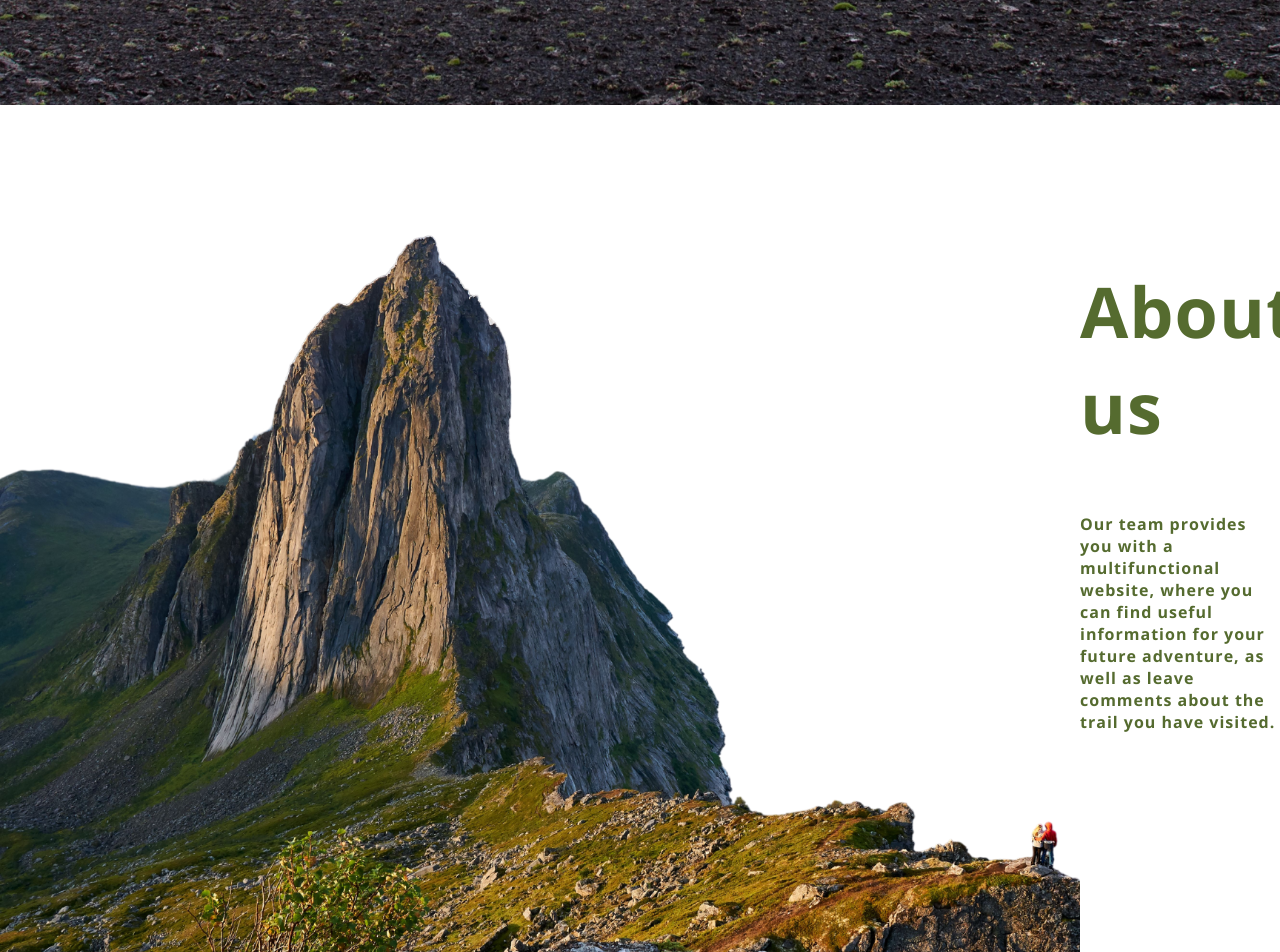
Repository: artembundin/travelrus.github.io
Page: index.html
The author's editor kept a copy of each file at every save. The page is drawn from the files as they stood at one save, then again after a run of saves.
The browser window is 1280 px wide. The pictures show the part of the page from y = 2595 to 3547 px (the page is 4792 px tall).
A picture or video elsewhere on the page could not be fetched, so the positions and the page height are approximate. An inner scrolling area shows only its first screen. Backgrounds fixed to the window are drawn as part of the page. Some web fonts or font styles are not loaded; a fallback is used.

Above is the page before, as saved 2025-05-08 02:00:47.
Console error: TypeError: Cannot read properties of null (reading 'offsetTop')

After the next 12 saves:
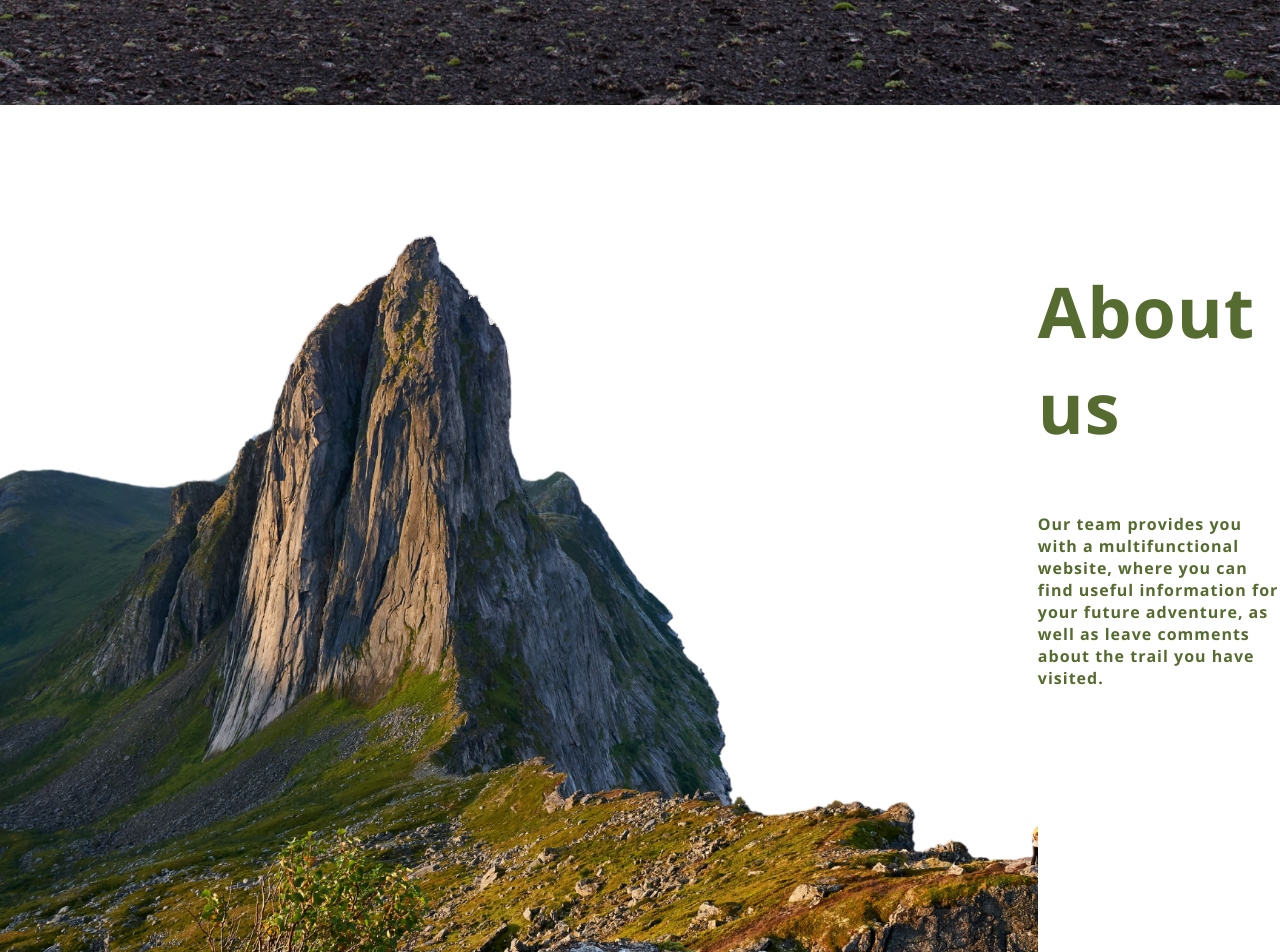
The 12 saves are shown as one change because they came seconds apart.
The last was saved 23 s later.
--- a/style.css
+++ b/style.css
@@ -430,7 +430,7 @@ a {
 }*/
 
 .aboutus-text {
-  width: 200px;
+  width: 280px;
   height: 300px;
   text-align: left;
   letter-spacing: 1px;
